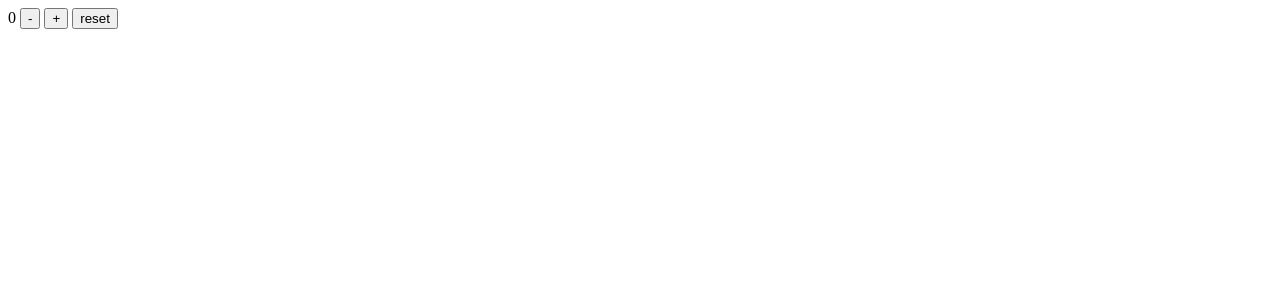
Repository: albinsabu2023/Stopwatch-program
Page: index.html
The author's editor kept a copy of each file at every save. The page is drawn from the files as they stood at one save, then again after the next save.
The browser window is 1280 px wide. The pictures show the whole page.

Above is the page before, as saved 2023-03-02 19:17:29.

After the next save:
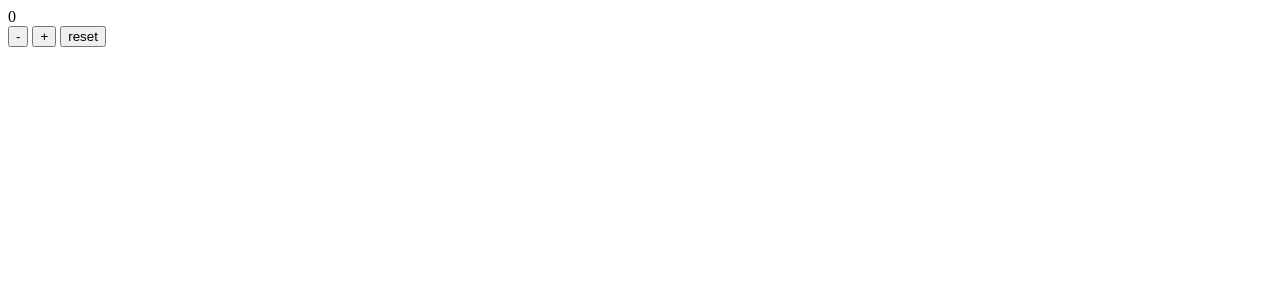
Saved 15 s later.
--- a/index.html
+++ b/index.html
@@ -9,7 +9,8 @@
 </head>
 <body>
 
-   <label id="countlabel">0</label>
+   <label id="countlabel">0</label><br>
+
     <button id="dec">-</button>
     <button id="inc">+</button>
     <button id="reset">reset</button>
